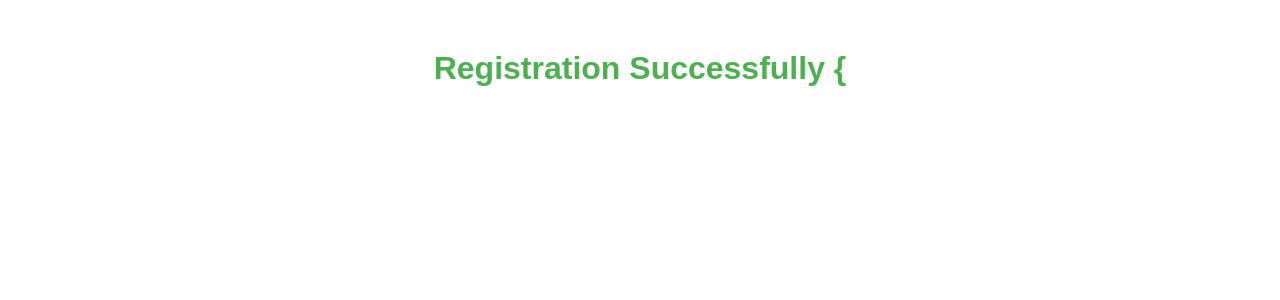
Repository: UnmeshNarayanKadam/JAVA-SPRING-HIBERNATE-PROGRAM
Page: http://localhost/spring-webapp/Confirmation.jsp
The author's editor kept a copy of each file at every save. The page is drawn from the files as they stood at one save, then again after the next save.
The browser window is 1280 px wide. The pictures show the whole page.
The page is served by Tomcat 9.

Above is the page before, as saved 2023-02-27 07:33:19.

After the next save:
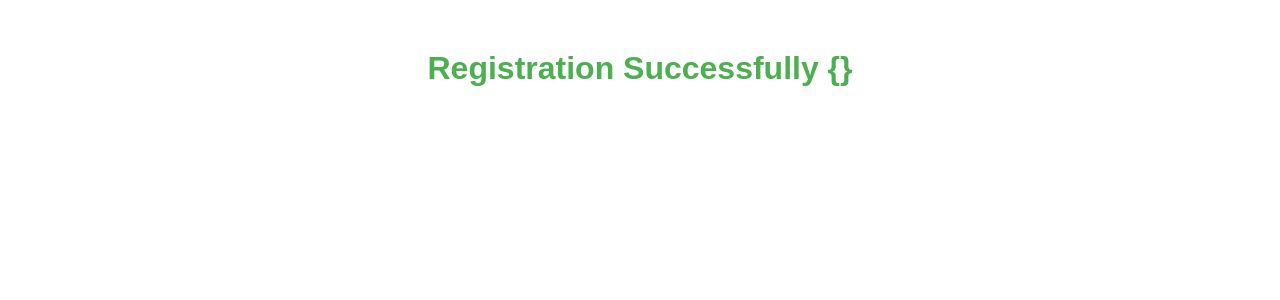
Saved 5 s later.
--- a/spring-webapp/src/main/webapp/Confirmation.jsp
+++ b/spring-webapp/src/main/webapp/Confirmation.jsp
@@ -16,6 +16,6 @@ h1 {
 </style>
 </head>
 <body>
-	<h1>Registration Successfully {</h1>
+	<h1>Registration Successfully {}</h1>
 </body>
 </html>
